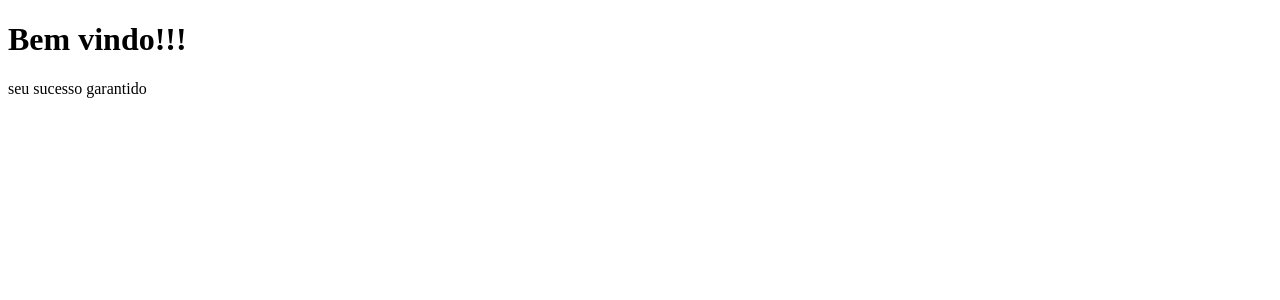
Repository: ClaytonEduard/cursojdev
Page: http://localhost/curso-jsp/
The author's editor kept a copy of each file at every save. The page is drawn from the files as they stood at one save, then again after the next save.
The browser window is 1280 px wide. The pictures show the whole page.
The page is served by Tomcat 9.

Above is the page before, as saved 2020-06-17 00:52:12.

After the next save:
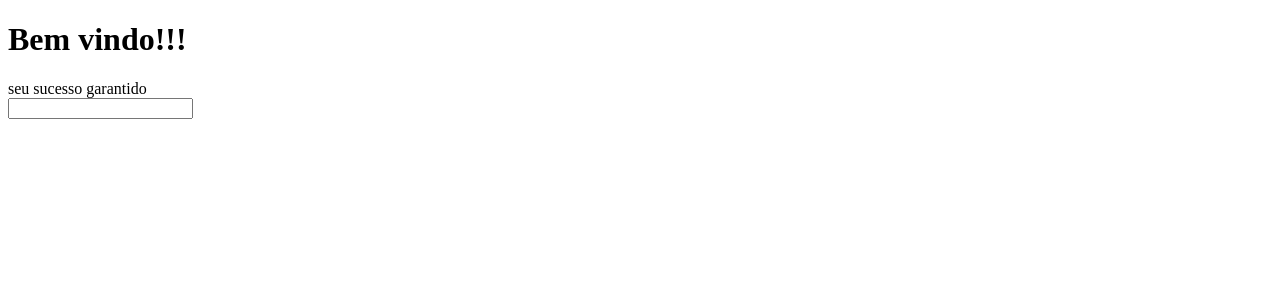
Saved 14 h 24 min later.
--- a/curso-jsp/WebContent/index.jsp
+++ b/curso-jsp/WebContent/index.jsp
@@ -11,5 +11,11 @@
  <h1>Bem vindo!!!</h1>
 
  <% out.print("seu sucesso garantido"); %>
+ <form action="">
+
+ <input type="text" id="nome" name="nome"></input>
+
+
+ </form>
 </body>
 </html>
